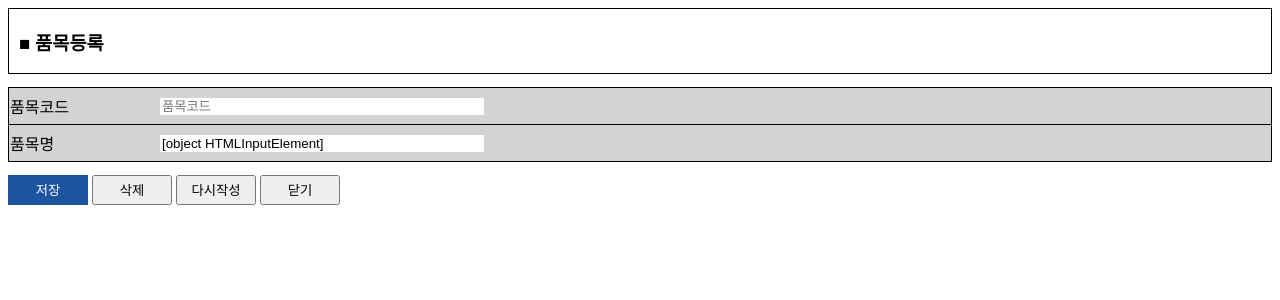
Repository: yoosb0328/js-project
Page: category-input-popup.html
These files come from the project's save history. The page is drawn as it stood at one moment and after the next save; the edit follows.
The browser window is 1280 px wide. The pictures show the whole page.
Empty fields were first filled with sample values (such as "Sample", 5 or name@example.com).
After loading, the first visible `#rewrite-btn` was clicked once.

Above is the page before, as saved 2024-08-05 22:35:30.

### category-input-popup.html
<!DOCTYPE html>
<html lang="en">
<head>
    <meta charset="UTF-8">
    <meta name="viewport" content="width=device-width, initial-scale=1.0">
    <title>품목조회</title>
</head>
<link rel="stylesheet" href="./css/input-popup.css">
<body>
    <div class="title">
        <h3 style="margin-left: 10px;"> &#x25A0; 품목등록</h3>
    </div>
    <div class="content">
        <div class="search-tab">
            <table class="search-table">
                <tr>
                    <td>
                        <div class="table-div">
                            <span class="name-tag">품목코드</span>
                            <form class="search-box">
                                <input class="category-txt" type="text" placeholder="품목코드">
                            </form>
                        </div>
                    </td>
                </tr>
                <tr>
                    <td>
                        <div class="table-div">
                            <span class="name-tag">품목명</span>
                            <form class="search-box">
                                <input class="category-name-txt" type="text" placeholder="품목명">
                            </form>
                        </div>
                    </td>
                </tr>
            </table>
        </div>
        <div class="bottom-buttons">
            <button id="save-btn" data-type="category" class="color-button"> 저장 </button>
            <button class="non-color-button"> 삭제 </button>
            <button id="rewrite-btn" data-type="category" class="non-color-button"> 다시작성 </button>
            <button id="close-popup-btn" class="non-color-button"> 닫기 </button>
        </div>
    </div>
    <script type="module" src="./js/script/loadData.js"></script>
    <script type="module" src="./js/script/queryParam.js"></script>
    <script type="module" src="./js/component/popup.js"></script>
    <script type="module" src="./js/component/button.js"></script>
    <scrupt type="module" src="./js/script/common.js"></scrupt>
</body>
</html>

### css/input-popup.css
.title {
    border: 1px solid black;
}
.search-tab {
    margin-top: 1%;
    margin-bottom: 1%;
    border-collapse: collapse;

}
.search-table {
    width: 100%;
    background-color: lightgray;
    border-collapse: collapse;
}
.search-table tr {
    background-color: lightgray;
    width: auto;
    border: 1px solid black;
}
.search-table .table-div {
    display: flex;
    align-items: center;
    margin-top: 5px;
    margin-bottom: 5px;
}
.table-div span {
    width: 120px;
}
.table-div .search-box {
    margin-left: 30px;
}
.button-tab {
    background-color: white;
}
.color-button {
    background-color: rgb(27, 84, 160);
    border: 0px;
    color: white;
    width: 80px;
    height: 30px;

}
.non-color-button {
    width: 80px;
    height: 30px;
}
.category-btn {
    background-color: white;
    border-color: lightblue;
}
.category-txt {
    border: none;
    width: 320px;
}
.category-name-txt {
    border: none;
    width: 320px;
}

### js/script/loadData.js
import { CategoryRender } from "../data/Category.js";
import { DataStore } from "../data/DataStore.js";
// 페이지 로드 시 데이터 요청
window.addEventListener("load", requestData);

// 부모 창에 데이터 요청을 보냄
function requestData() {
    // window.opener.postMessage("requestCategories", "*");
    const dataStore = DataStore.getInstance();
    dataStore.loadFromLocalStorage();
    console.log(dataStore.categories);

    const categoryRender = new CategoryRender(dataStore.categories);
    categoryRender.render();
    // window.opener.postMessage({ type: "requestCategories", data: "" }, "*");
}

// // 부모 창에서 보낸 메시지를 수신하여 렌더링
// window.addEventListener("message", (event) => {
//     // 보안 검증
//     if (event.origin !== "http://127.0.0.1:5500") {
//         console.error("허용되지 않은 출처", event.origin);
//         return;
//     }

//     if (event.data.type === "categories") {
//         //카테고리 데이터 전송.
//         const categories = event.data.data;
//         //팝업에서 팝업을 호출하는 경우가 있으므로 메모리에 저장 필요
//         DataStore.getInstance().categories = categories;
//         const categoryRender = new CategoryRender(categories);
//         categoryRender.render();
//     }
// });

### js/script/queryParam.js
getQueryParams();

function getQueryParams() {
    const params = new URLSearchParams(window.location.search);
    const type = params.get("type");

    switch (type) {
        case "categoryModify":
            const code = params.get("code");
            const name = params.get("name");
            console.log(code, name);
            const codeInput = document.querySelector(".category-txt");
            if (codeInput) {
                codeInput.readOnly = true;
                codeInput.value = code;
                codeInput.setAttribute("data-mode", "modify");
            }
            const nameInput = document.querySelector(".category-name-txt");
            console.log(nameInput);
            if (nameInput) {
                nameInput.value = name;
            }
            break;
        default:
            break;
    }

    // return {
    //     code: params.get("code"),
    //     name: params.get("name"),
    //     // 기타 데이터 추출
    // };
}

### js/component/popup.js
import { DataStore } from "../data/DataStore.js";
import { renderAppliedCategory } from "../data/Category.js";
/*팝업 오픈 시 데이터 전송*/

// 부모 창에서 메시지를 수신하고, 팝업으로 데이터를 전송
window.addEventListener("message", (event) => {
    // 보안 검증
    if (event.origin !== "http://127.0.0.1:5500") {
        console.error("허용되지 않은 출처", event.origin);
        return;
    }
    // if (event.data === "requestCategories") {
    //     const data = DataStore.getInstance().categories;
    //     event.source.postMessage({ type: "categories", data: data }, event.origin);
    // }
    switch (event.data.type) {
        case "requestCategories": //카테고리 정보를 부모창에서 자식 팝업으로 전송.
            const data = DataStore.getInstance().categories;
            event.source.postMessage({ type: "categories", data: data }, event.origin);
            break;
        case "checkBoxApplyItems":
            renderAppliedCategory(event.data.data);
            break;
        default:
            console.log("no case for popup action");
    }
});

### js/component/button.js
import { DataStore } from "../data/DataStore.js";
import { CategoryRender } from "../data/Category.js";
import { SaleRender } from "../data/Sale.js";
/*버튼 기능 구현*/
const codeInput = document.querySelector(".category-txt");
const nameInput = document.querySelector(".category-name-txt");
let initialCode;
let initialName;
if (codeInput) {
    initialCode = codeInput.value;
}
if (nameInput) {
    initialName = nameInput.value;
}

//검색버튼
const searchButton = document.getElementById("search-btn");
if (searchButton) {
    searchButton.addEventListener("click", search);
}
function search(event) {
    // 클릭된 버튼의 data-type 속성 값을 가져옴
    const type = event.target.getAttribute("data-type");
    let result;
    let categoryRender;
    let saleRender;

    // data-type에 따라 분기 처리
    switch (type) {
        case "category":
            const code = document.getElementById("category-code-txt").value;
            const name = document.getElementById("category-name-txt").value;
            result = DataStore.getInstance().searchCategories(code, name);
            //렌더링
            categoryRender = new CategoryRender(result);
            categoryRender.render();
            break;
        case "sale":
            // 기간 추출
            const fromYear = document.querySelector("#year-select-from").value;
            const fromMonth = document.querySelector("#month-select-from").value;
            const fromDay = document.querySelector("#date-input-from").value;

            const toYear = document.querySelector("#year-select-to").value;
            const toMonth = document.querySelector("#month-select-to").value;
            const toDay = document.querySelector("#date-input-to").value;

            const fromDate = `${fromYear}-${fromMonth.padStart(2, "0")}-${fromDay.padStart(
                2,
                "0"
            )}`;
            const toDate = `${toYear}-${toMonth.padStart(2, "0")}-${toDay.padStart(2, "0")}`;
            // 품목 (코드) 추출
            const categoryInput = document.getElementById("category-search-input");
            const codes = categoryInput.value
                .split(",")
                .map((code) => code.trim())
                .filter((code) => code !== "");

            // 적요 추출
            const description = document.querySelector(".memo-txt").value;
            result = DataStore.getInstance().searchSales(fromDate, toDate, codes, description);
            //렌더링
            saleRender = new SaleRender(result);
            saleRender.render();
            break;
        default:
            console.log("Unknown search type");
    }
} //search();

//체크박스 선택 후 적용 버튼
const applyButton = document.getElementById("apply-btn");
if (applyButton) {
    applyButton.addEventListener("click", apply);
}
function apply() {
    // 체크박스가 있는 tbody 요소를 가져옵니다.
    const tbody = document.getElementById("common-tbody");
    const checkboxes = tbody.querySelectorAll("input.row-checkbox");

    // 선택된 체크박스의 정보를 저장할 배열
    const selectedItems = [];

    checkboxes.forEach((checkbox) => {
        if (checkbox.checked) {
            const row = checkbox.closest("tr"); //checkbox에서 가장 가까운 로우
            const code = row.querySelector(".category-code").textContent.trim(); // 코드 정보
            const name = row.querySelector(".category-name").textContent.trim(); // 이름 정보
            selectedItems.push({ code, name });
            console.log(code, name);
        }
    });

    // 체크된 항목이 3개 이하인지 확인합니다.
    if (selectedItems.length > 3) {
        alert("최대 3개 항목만 적용할 수 있습니다!");
        return;
    }
    // 부모 창에 메시지 전송
    if (window.opener) {
        window.opener.postMessage({ type: "checkBoxApplyItems", data: selectedItems }, "*");
    }

    // 팝업 닫기
    window.close();
} //apply()

//신규 버튼
const newButton = document.getElementById("");
//저장버튼
const saveButton = document.getElementById("save-btn");
if (saveButton) {
    saveButton.addEventListener("click", save);
}
function save(event) {
    const type = event.target.getAttribute("data-type");
    let saved;
    switch (type) {
        case "category":
            console.log("category save");
            const codeInput = document.querySelector(".category-txt");
            const nameInput = document.querySelector(".category-name-txt");
            console.log(DataStore.getInstance().categories);
            if (codeInput) {
                // data-mode 속성 가져오기
                const dataMode = codeInput.getAttribute("data-mode");
                if (dataMode === "modify") {
                    //데이터를 수정하는 경우
                    alert("수정되었습니다.");
                    DataStore.getInstance().updateCategoryName(codeInput.value, nameInput.value);
                } else {
                    //데이터를 생성하는 경우
                    saved = DataStore.getInstance().addCategory(codeInput.value, nameInput.value);
                    if (saved === true) {
                        alert("등록되었습니다.");
                    } else alert("코드가 중복되어 생성할 수 없습니다.");
                }
                if (window.opener) {
                    window.opener.location.reload();
                }
                window.close();
            }
            break;
        case "sale":
            console.log("sale save");
            break;
        default:
            console.log("data type error");
            break;
    }
}

//선택 삭제 버튼
const deleteButton = document.getElementById("");
//다시 작성 버튼
const rewriteButton = document.getElementById("rewrite-btn");
if (rewriteButton) {
    rewriteButton.addEventListener("click", rewrite);
}
function rewrite(event) {
    const type = event.target.getAttribute("data-type");
    switch (type) {
        case "category":
            const codeInput = document.querySelector(".category-txt");
            const nameInput = document.querySelector(".category-name-txt");
            codeInput.value = initialCode;
            nameInput.value = nameInput;
            break;
        case "sale":
            console.log("sale save");
            break;
        default:
            console.log("data type error");
            break;
    }
}
//팝업 닫는 버튼
const closeButtons = document.querySelectorAll("#close-popup-btn");
closeButtons.forEach((button) => {
    button.addEventListener("click", closePopup);
});
function closePopup() {
    window.close();
} //closePopup()

//팝업 여는 버튼
const openButtons = document.querySelectorAll("#open-popup-btn");
openButtons.forEach((button) => {
    button.addEventListener("click", openPopup);
});

function openPopup(event) {
    console.log(event);

    event.preventDefault(); // 기본 동작 방지

    // 클릭된 버튼의 클래스 이름을 가져오기 (css 구분이 아닌 동작에 따른 클래스명은 항상 제일 앞에 작성)
    const classList = event.target.classList;
    const className = classList[0];
    // 클래스 이름에 따라 팝업을 열기
    switch (className) {
        case "category-btn": //품목 조회 팝업
            window.open("search-popup.html", "search-popup", "width=600,height=600");
            break;
        case "new-category-btn": //품목 등록 팝업
            window.open("category-input-popup.html", "input-popup", "width=600,height=300");
            break;
        case "new-sale-btn": //판매 데이터 입력 팝업
            window.open("sale-input-popup.html", "sale-input-popup", "width=600,height=600");
            break;
        default:
            console.error("Unknown className:", className);
            break;
    }
} //openPopup()

### js/data/Category.js
export class Category {
    constructor(code, name) {
        this.code = code;
        this.name = name;
    }

    //Getter
    getCode() {
        return this.code;
    }
    getName() {
        return this.name;
    }
}

export class CategoryRender {
    constructor(categories) {
        this.categories = categories;
        this.currentPage = 1;
        this.itemsPerPage = 10;

        this.initEventListeners();
    }

    initEventListeners() {
        const prevButton = document.querySelector("#category-prev-button");
        const nextButton = document.querySelector("#category-next-button");

        if (prevButton) prevButton.addEventListener("click", this.goToPrevPage.bind(this));
        if (nextButton) nextButton.addEventListener("click", this.goToNextPage.bind(this));
    }

    render() {
        const startIndex = (this.currentPage - 1) * this.itemsPerPage; //처음에는 0에서 시작.
        const endIndex = startIndex + this.itemsPerPage; //처음에는 10
        const currentCategories = this.categories.slice(startIndex, endIndex); //0~9까지 slice하게 됨.
        const tbody = document.getElementById("common-tbody");

        if (tbody) tbody.innerHTML = "";

        currentCategories.forEach((category) => {
            const row = document.createElement("tr");
            row.innerHTML = `
                <td class="center-align-cell"><input class="row-checkbox" type="checkbox"></td>
                <td class="center-align-cell category-code">${category.code}</td>
                <td class="left-align-cell category-name">${category.name}</td>
                <a href="#" onclick="openCategoryPopup('${encodeURIComponent(category.code)}',
                '${encodeURIComponent(category.name)}'); return false;">
                수정
                </a>
            `;
            if (tbody) tbody.appendChild(row);
        });

        // 버튼 활성화 상태 업데이트
        this.updateButtons();
    } //render()

    updateButtons() {
        const prevButton = document.querySelector("#category-prev-button");
        const nextButton = document.querySelector("#category-next-button");

        if (prevButton) prevButton.disabled = this.currentPage === 1;
        if (nextButton)
            nextButton.disabled =
                this.currentPage === Math.ceil(this.categories.length / this.itemsPerPage);
    } //updateButtons()

    setPage(page) {
        this.currentPage = page;
        this.render();
    } //setPage()

    goToPrevPage() {
        if (this.currentPage > 1) {
            this.setPage(this.currentPage - 1);
        }
    }

    goToNextPage() {
        if (this.currentPage < Math.ceil(this.categories.length / this.itemsPerPage)) {
            this.setPage(this.currentPage + 1);
        }
    }
} //CategoryRender()

export function renderAppliedCategory(categories) {
    // 렌더링할 input 태그 선택
    const categoryInput = document.getElementById("category-search-input");
    if (categoryInput) {
        categoryInput.value = "";
        // 배열의 요소를 문자열로 변환
        const categoryCodes = categories.map((category) => category.code).join(", ");
        categoryInput.value = categoryCodes;
    }
} // renderAppliedCategory

### js/data/DataStore.js
import { Category } from "./Category.js";
import { Sale } from "./Sale.js";

export class DataStore {
    constructor() {
        //DataStore 인스턴스가 있는 경우 그대로 반환 (싱글톤 목적)
        if (DataStore.instance) {
            return DataStore.instance;
        }
        /*
        sales : 날짜순으로 내림차순 정렬이 매번 필요하기 때문에 array 선택
                + sales 배열에 삽입 시, 중간이 아닌 맨 끝에 삽입하면 시간복잡도 단축.
        categories : Map에 key(code) , value(name) 으로 저장할 경우 품목명 검색이 어려우므로 배열 선택.
        */
        this.categories = [];
        this.sales = [];

        // 메모리 관리를 위해 인스턴스를 싱글톤으로 설정
        DataStore.instance = this;
    }

    //인스턴스 호출
    static getInstance() {
        if (!DataStore.instance) {
            DataStore.instance = new DataStore();
        }
        return DataStore.instance;
    }

    /*
    메모리 데이터 조작.
    */
    addCategory(code, name) {
        //코드가 같은 카테고리가 있는 지 중복 체크
        this.loadFromLocalStorage();
        const exist = this.categories.findIndex((cat) => code === cat.code);
        if (exist === -1) {
            this.categories.push(new Category(code, name));
            this.saveToLocalStorage();
            return true; //생성 완료
        } else return false;
    }

    addSale(sale) {
        //일자+번호가 같은 카테고리가 있는 지 중복 체크
        const exist = this.sales.findIndex((s) => s.dateNumber === sale.dateNumber);
        if (exist === -1) this.sales.push(sale);
    }
    //카테고리 명 수정.
    updateCategoryName(code, name) {
        this.loadFromLocalStorage();
        this.categories.forEach((cat) => {
            if (cat.code === code) {
                cat.name = name;
            }
        });
        console.log(this.categories);
        console.log(this.sales);
        //로컬 스토리지에 변경 사항 반영.
        this.saveToLocalStorage();
    }
    //카테고리명이 바뀌면 판매 정보 데이터도 수정.
    updateSalesByName(code, name) {
        this.sales.forEach((sale) => {
            if (sale.category.code === code) {
                sale.category.name = name;
            }
        });
    }

    //품목 검색
    searchCategories(code, name) {
        return this.categories.filter((category) => {
            // 모든 조건이 주어졌을 때
            if (code && name) {
                return category.code === code && category.name === name;
            }
            // code만 주어졌을 때
            if (code && !name) {
                return category.code === code;
            }
            // name만 주어졌을 때
            if (!code && name) {
                return category.name === name;
            }
            // 둘 다 주어지지 않은 경우 빈 배열 반환
            return false;
        });
    }

    //판매 검색
    searchSales(from, to, codes, description) {
        const startDate = new Date(from);
        const endDate = new Date(to);

        const result = this.sales.filter((sale) => {
            const saleDate = new Date(sale.date);
            const isWithinDateRange = saleDate >= startDate && saleDate <= endDate;
            //!description : codes.length가 0 인 경우 true
            const matchesCode = codes.length === 0 || codes.includes(sale.category.code);
            //!description : description이 null, undefined, "" 인 경우 true.
            const matchesDescription = !description || sale.description.includes(description);

            return isWithinDateRange && matchesCode && matchesDescription;
        });
        return result;
    } //searchSales()

    /*
    로컬 스토리지 데이터 조작
    */

    // JSON.stringify로 변환하여 로컬 스토리지에 저장
    saveToLocalStorage() {
        console.log("saveToLocal");
        const data = {
            categories: this.categories.map((category) => ({
                code: category.code,
                name: category.name,
            })),
            sales: this.sales.map((sale) => ({
                dateNumber: sale.dateNumber,
                date: sale.date,
                category: sale.category,
                quantity: sale.quantity,
                price: sale.price,
                description: sale.description,
            })),
        };
        localStorage.setItem("appData", JSON.stringify(data));
    }

    // 로컬 스토리지에서 데이터를 불러와 메모리에 할당
    loadFromLocalStorage() {
        console.log("loadFromLocal");
        const data = localStorage.getItem("appData");

        if (data) {
            const parsedData = JSON.parse(data);
            // 로컬 스토리지에서 가져온 데이터를 categories와 sales로 분리합니다.
            if (parsedData.categories) {
                this.categories = parsedData.categories.map(
                    (cat) => new Category(cat.code, cat.name)
                );
            }
            //sales에 저장해야 함.
            if (parsedData.sales) {
                console.log(parsedData.sales);
                this.sales = parsedData.sales.map((sale) => {
                    // 저장된 category 데이터에서 Category 객체를 찾아 복원
                    const category = this.categories.find((cat) => cat.code === sale.category.code);

                    // Sale 객체 생성
                    return new Sale(
                        sale.date,
                        category,
                        sale.quantity,
                        sale.price,
                        sale.description,
                        this
                    );
                });
            }
            this.sales.sort((a, b) => new Date(b.date) - new Date(a.date));
        }
        return data;
    } //loadFromLocalStorage()
}

### js/data/Sale.js
import { Category } from "./Category.js";
import { DataStore } from "./DataStore.js";

export class Sale {
    constructor(date, category, quantity, price, description) {
        this.dataStore = DataStore.getInstance(); // 싱글톤 인스턴스를 가져옴
        this.date = date;
        this.dateNumber = date + "-" + this.getNextNumber(date);
        this.category = category; // category 객체를 참조
        this.quantity = quantity;
        this.price = price;
        this.description = description;
    }

    getNextNumber(date) {
        //같은 날짜에 등록된 전표 체크.
        const sameDateSales = this.dataStore.sales.filter((sale) => sale.date === date);
        return sameDateSales.length + 1;
    }

    //toJSON overriding
    toJSON() {
        return {
            dateNumber: this.dateNumber,
            date: this.date,
            category: {
                code: this.category.code,
                name: this.category.name,
            },
            quantity: this.quantity,
            price: this.price,
            description: this.description,
        };
    }
}

export class SaleRender {
    constructor(sales) {
        this.sales = sales;
        this.currentPage = 1;
        this.itemsPerPage = 10;

        this.initEventListeners();
    }

    initEventListeners() {
        const prevButton = document.querySelector("#sales-prev-button");
        const nextButton = document.querySelector("#sales-next-button");

        prevButton.addEventListener("click", this.goToPrevPage.bind(this));
        nextButton.addEventListener("click", this.goToNextPage.bind(this));
    }

    render() {
        console.log("render");
        const startIndex = (this.currentPage - 1) * this.itemsPerPage; //처음에는 0에서 시작.
        const endIndex = startIndex + this.itemsPerPage; //처음에는 10
        const currentSales = this.sales.slice(startIndex, endIndex); //0~9까지 slice하게 됨.

        const tbody = document.getElementById("common-tbody");

        tbody.innerHTML = "";

        currentSales.forEach((sale) => {
            const row = document.createElement("tr");
            row.innerHTML = `
                <td class="center-align-cell"><input class="row-checkbox" type="checkbox"></td>
                <td class="center-align-cell date-num">${sale.dateNumber}</td>
                <td class="left-align-cell">${sale.category.code}</td>
                <td class="left-align-cell">${sale.category.name}</td>
                <td class="right-align-cell">${sale.quantity}</td>
                <td class="right-align-cell">${sale.price}</td>
                <td class="left-align-cell">${sale.description}</td>
            `;
            tbody.appendChild(row);
        });

        // 버튼 활성화 상태 업데이트
        this.updateButtons();
    } //render();

    updateButtons() {
        const prevButton = document.querySelector("#sales-prev-button");
        const nextButton = document.querySelector("#sales-next-button");

        prevButton.disabled = this.currentPage === 1;
        nextButton.disabled = this.currentPage === Math.ceil(this.sales.length / this.itemsPerPage);
    }

    setPage(page) {
        this.currentPage = page;
        this.render();
    }

    goToPrevPage() {
        if (this.currentPage > 1) {
            this.setPage(this.currentPage - 1);
        }
    }

    goToNextPage() {
        if (this.currentPage < Math.ceil(this.sales.length / this.itemsPerPage)) {
            this.setPage(this.currentPage + 1);
        }
    }
}

After the next save:
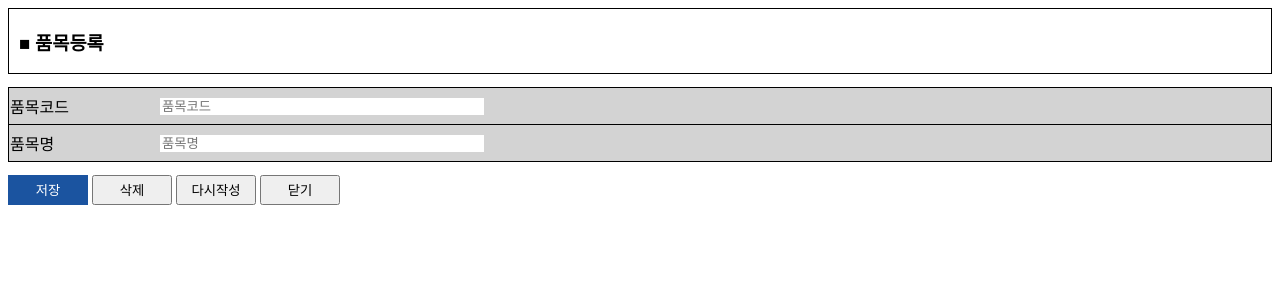
Saved 11 s later.
--- a/js/component/button.js
+++ b/js/component/button.js
@@ -165,7 +165,7 @@ function rewrite(event) {
             const codeInput = document.querySelector(".category-txt");
             const nameInput = document.querySelector(".category-name-txt");
             codeInput.value = initialCode;
-            nameInput.value = nameInput;
+            nameInput.value = initialName;
             break;
         case "sale":
             console.log("sale save");
